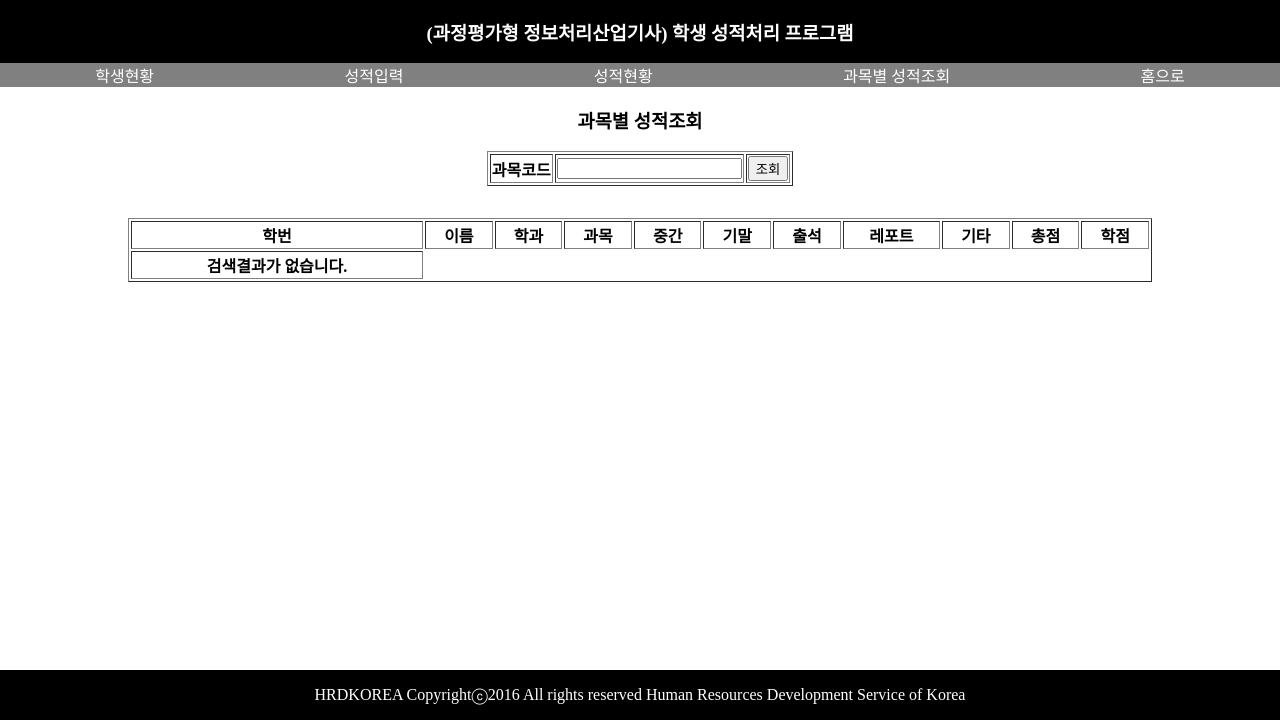
Repository: junjuny0227/jsp
Page: http://localhost/HRD_02/sub4.jsp
These files come from the project's save history. The page is drawn as it stood at one moment and after the next save; the edit follows.
The browser window is 1280 px wide. The pictures show the whole page.
The page is served by Tomcat 9. Other server files are loaded and not shown. Queries for data that is not in the repository find no rows.

Above is the page before, as saved 2025-05-09 10:32:38.

### HRD_02/src/main/webapp/sub4.jsp
<%@page import="java.text.DecimalFormat"%>
<%@page import="exam.SubjectDTO"%>
<%@page import="java.util.List"%>
<%@page import="exam.StudentDAO"%>
<%@ page language="java" contentType="text/html; charset=UTF-8"
	pageEncoding="UTF-8"%>
<%
request.setCharacterEncoding("utf-8");
String searchSubcode = request.getParameter("searchSubcode");

StudentDAO dao = new StudentDAO();
List<SubjectDTO> list = dao.selectSub4(searchSubcode);
%>

<!DOCTYPE html>
<html>
  <head>
    <meta charset="UTF-8" />
    <title>sub4</title>
    <script type="text/javascript" src="check.js"></script>
  </head>
  <body
    style="
      margin: 0;
      padding: 0;
      border: 0;
      font-size: 100%;
      font: inherit;
      vertical-align: baseline;
    "
  >
    <jsp:include page="header.jsp"></jsp:include>
    <jsp:include page="nav.jsp"></jsp:include>

    <section style="display: flex; flex-direction: column; align-items: center">
      <h3>과목별 성적조회</h3>
      <form
        action="sub4Action.jsp"
        method="post"
        name="sub4Form"
        style="margin-bottom: 32px"
      >
        <table border="1">
          <tr>
            <th>과목코드</th>
            <td>
              <input type="text" name="searchSubcode" />
            </td>
            <td>
              <input type="button" value="조회" onclick="fnSub4FormCheck()" />
            </td>
          </tr>
        </table>
      </form>
      <table border="1" style="width: 80%">
        <tr>
          <th>학번</th>
          <th>이름</th>
          <th>학과</th>
          <th>과목</th>
          <th>중간</th>
          <th>기말</th>
          <th>출석</th>
          <th>레포트</th>
          <th>기타</th>
          <th>총점</th>
          <th>학점</th>
        </tr>
        <% if (list.size() == 0) { %>
        <tr>
          <th colspan="1">검색결과가 없습니다.</th>
        </tr>
        <% } else { %> <% for (SubjectDTO dto : list) { %>
        <tr align="center">
          <td><%=dto.getStuid()%></td>
          <td><%=dto.getSname()%></td>
          <td><%=dto.getDeptname()%></td>
          <td><%=dto.getSubname()%></td>
          <td><%=dto.getMidscore()%></td>
          <td><%=dto.getFinalscore()%></td>
          <td><%=dto.getAttend()%></td>
          <td><%=dto.getReport()%></td>
          <td><%=dto.getEtc()%></td>

          <% double total = dto.getTotal(); DecimalFormat df = new
          DecimalFormat("0.0"); %>

          <td><%=df.format(total)%></td>
          <td><%=dto.getGrade()%></td>
        </tr>
        <% } %> <% } %>
      </table>
    </section>

    <jsp:include page="footer.jsp"></jsp:include>
  </body>
</html>

### HRD_02/src/main/webapp/header.jsp
<%@ page language="java" contentType="text/html; charset=UTF-8"
pageEncoding="UTF-8"%>
<!DOCTYPE html>
<html>
  <head>
    <meta charset="UTF-8" />
    <title>header</title>
  </head>
  <body>
    <header style="background-color: black; width: 100%">
      <h3 style="margin: 0; padding: 18px 0; text-align: center; color: white">
        (과정평가형 정보처리산업기사) 학생 성적처리 프로그램
      </h3>
    </header>
  </body>
</html>

### HRD_02/src/main/webapp/nav.jsp
<%@ page language="java" contentType="text/html; charset=UTF-8"
pageEncoding="UTF-8"%>
<!DOCTYPE html>
<html>
  <head>
    <meta charset="UTF-8" />
    <title>nav</title>
  </head>
  <body>
    <nav
      style="
        background-color: gray;
        display: flex;
        justify-content: space-around;
      "
    >
      <a href="sub1.jsp" style="text-decoration: none; color: white"
        >학생현황</a
      >
      <a href="sub2.jsp" style="text-decoration: none; color: white"
        >성적입력</a
      >
      <a href="sub3.jsp" style="text-decoration: none; color: white"
        >성적현황</a
      >
      <a href="sub4.jsp" style="text-decoration: none; color: white"
        >과목별 성적조회</a
      >
      <a href="index.jsp" style="text-decoration: none; color: white">홈으로</a>
    </nav>
  </body>
</html>

### HRD_02/src/main/webapp/footer.jsp
<%@ page language="java" contentType="text/html; charset=UTF-8"
pageEncoding="UTF-8"%>
<!DOCTYPE html>
<html>
  <head>
    <meta charset="UTF-8" />
    <title>footer</title>
  </head>
  <body>
    <footer
      style="
        background-color: black;
        position: fixed;
        left: 0;
        bottom: 0;
        width: 100%;
      "
    >
      <p style="text-align: center; color: white">
        HRDKOREA Copyrightⓒ2016 All rights reserved Human Resources Development
        Service of Korea
      </p>
    </footer>
  </body>
</html>

### HRD_02/src/main/java/exam/StudentDAO.java
package exam;

import java.sql.Connection;
import java.sql.DriverManager;
import java.sql.PreparedStatement;
import java.sql.ResultSet;
import java.util.ArrayList;
import java.util.List;

public class StudentDAO {
	// 멤버 변수 선언
	private Connection conn; // DB 연결
	private PreparedStatement ps; // SQL 전송
	private ResultSet rs; // select 결과

	// DB 접속
	public Connection getConn() {
		String url = "jdbc:oracle:thin:@127.0.0.1:1521:xe";
		String user = "system";
		String password = "1234";

		try {
			Class.forName("oracle.jdbc.OracleDriver");
			conn = DriverManager.getConnection(url, user, password);
			System.out.println("DB 접속 완료");
		} catch (Exception e) {
			e.printStackTrace();
			System.out.println("getConn() Exception");
		}

		return conn;
	} // getConn()

	// DB 접속 해제
	public void dbClose() {
		try {
			if (rs != null)
				rs.close();
			if (ps != null)
				ps.close();
			if (conn != null)
				conn.close();
			System.out.println("DB 접속 해제");
		} catch (Exception e) {
			e.printStackTrace();
			System.out.println("dbClose() Exception");
		}
	} // dbClose()

	// 전체 학생 목록조회
	public List<StudentDTO> selectSub1() {
		conn = getConn();
		String sql = "select * from tbl_student_202210 order by stuid asc";
		List<StudentDTO> list = new ArrayList<StudentDTO>();

		try {
			ps = conn.prepareStatement(sql);
			rs = ps.executeQuery();

			while (rs.next()) {
				StudentDTO dto = new StudentDTO();
				dto.setStuid(rs.getString(1));
				dto.setSname(rs.getString(2));
				dto.setDeptname(rs.getString(3));

				String jumin = rs.getString(4);
				jumin = jumin.substring(0, 6) + "-" + jumin.substring(6);
				dto.setJumin(jumin);

				String gender = jumin.substring(7, 8);
				if (gender.equals("3"))
					gender = "남자";
				if (gender.equals("4"))
					gender = "여자";
				dto.setGender(gender);

				dto.setPhone(rs.getString(5));
				dto.setEmail(rs.getString(6));

				list.add(dto);
			}
		} catch (Exception e) {
			e.printStackTrace();
			System.out.println("selectSub1() Exception");
		} finally {
			dbClose();
		}

		return list;
	} // selectSub1()

	// 성적현황 조회
	public List<ScoreDTO> selectSub3() {
		conn = getConn();
		String sql = "select student.stuid, student.sname, ";
		sql += "subject.subname, subject.subcode, subject.proname, ";
		sql += "score.midscore, score.finalscore, score.attend, score.report, score.etc ";
		sql += "from tbl_student_202210 student, tbl_subject_202210 subject, tbl_score_202210 score ";
		sql += "where student.stuid = score.stuid and score.subcode = subject.subcode ";
		sql += "order by student.sname asc";
		List<ScoreDTO> list = new ArrayList<ScoreDTO>();

		try {
			ps = conn.prepareStatement(sql);
			rs = ps.executeQuery();

			while (rs.next()) {
				ScoreDTO dto = new ScoreDTO();
				dto.setStuid(rs.getString(1));
				dto.setSname(rs.getString(2));
				dto.setSubname(rs.getString(3));
				dto.setSubcode(rs.getString(4));
				dto.setProname(rs.getString(5));

				int midScore = rs.getInt(6);
				int finalScore = rs.getInt(7);
				int attend = rs.getInt(8);
				int report = rs.getInt(9);
				int etc = rs.getInt(10);

				dto.setMidscore(midScore);
				dto.setFinalscore(finalScore);
				dto.setAttend(attend);
				dto.setReport(report);
				dto.setEtc(etc);

				int avg = (midScore + finalScore + attend + report + etc) / 5;
				dto.setAvg(avg);

				double total = midScore * 0.3 + finalScore * 0.3 + attend * 0.2 + report * 0.1 + etc * 0.1;
				dto.setTotal(total);

				String grade = "";
				if (total >= 95)
					grade = "A+";
				else if (total >= 90)
					grade = "A";
				else if (total >= 85)
					grade = "B+";
				else if (total >= 80)
					grade = "B";
				else if (total >= 75)
					grade = "C+";
				else if (total >= 70)
					grade = "C";
				else if (total >= 65)
					grade = "D+";
				else if (total >= 60)
					grade = "D";
				else
					grade = "F";
				dto.setGrade(grade);

				list.add(dto);
			}
		} catch (Exception e) {
			e.printStackTrace();
			System.out.println("selectSub3() Exception");
		} finally {
			dbClose();
		}

		return list;
	} // selectSub3()

	// 과목별 성적조회
	public List<SubjectDTO> selectSub4(String searchSubcode) {
		conn = getConn();
		String sql = "select student.stuid, student.sname, student.deptname, ";
		sql += "subject.subname, ";
		sql += "score.midscore, score.finalscore, score.attend, score.report, score.etc ";
		sql += "from tbl_student_202210 student, tbl_score_202210 score, tbl_subject_202210 subject ";
		sql += "where student.stuid = score.stuid and score.subcode = subject.subcode and subject.subcode = ? ";
		sql += "order by student.stuid asc";

		List<SubjectDTO> list = new ArrayList<SubjectDTO>();

		try {
			ps = conn.prepareStatement(sql);
			ps.setString(1, searchSubcode);
			rs = ps.executeQuery();

			while (rs.next()) {
				SubjectDTO dto = new SubjectDTO();
				dto.setStuid(rs.getString(1));
				dto.setSname(rs.getString(2));
				dto.setDeptname(rs.getString(3));
				dto.setSubname(rs.getString(4));

				int midScore = rs.getInt(5);
				int finalScore = rs.getInt(6);
				int attend = rs.getInt(7);
				int report = rs.getInt(8);
				int etc = rs.getInt(9);

				dto.setMidscore(midScore);
				dto.setFinalscore(finalScore);
				dto.setAttend(attend);
				dto.setReport(report);
				dto.setEtc(etc);

				double total = midScore * 0.3 + finalScore * 0.3 + attend * 0.2 + report * 0.1 + etc * 0.1;
				dto.setTotal(total);

				String grade = "";
				if (total >= 95)
					grade = "A+";
				else if (total >= 90)
					grade = "A";
				else if (total >= 85)
					grade = "B+";
				else if (total >= 80)
					grade = "B";
				else if (total >= 75)
					grade = "C+";
				else if (total >= 70)
					grade = "C";
				else if (total >= 65)
					grade = "D+";
				else if (total >= 60)
					grade = "D";
				else
					grade = "F";
				dto.setGrade(grade);

				list.add(dto);
			}

		} catch (Exception e) {
			e.printStackTrace();
			System.out.println("selectSub4() Exception");
		} finally {
			dbClose();
		}

		return list;
	} // selectSub4()

} // class

Loaded but not shown: HRD_02/src/main/webapp/check.js (no copy from this time; the picture is the same without it)

After the next save:
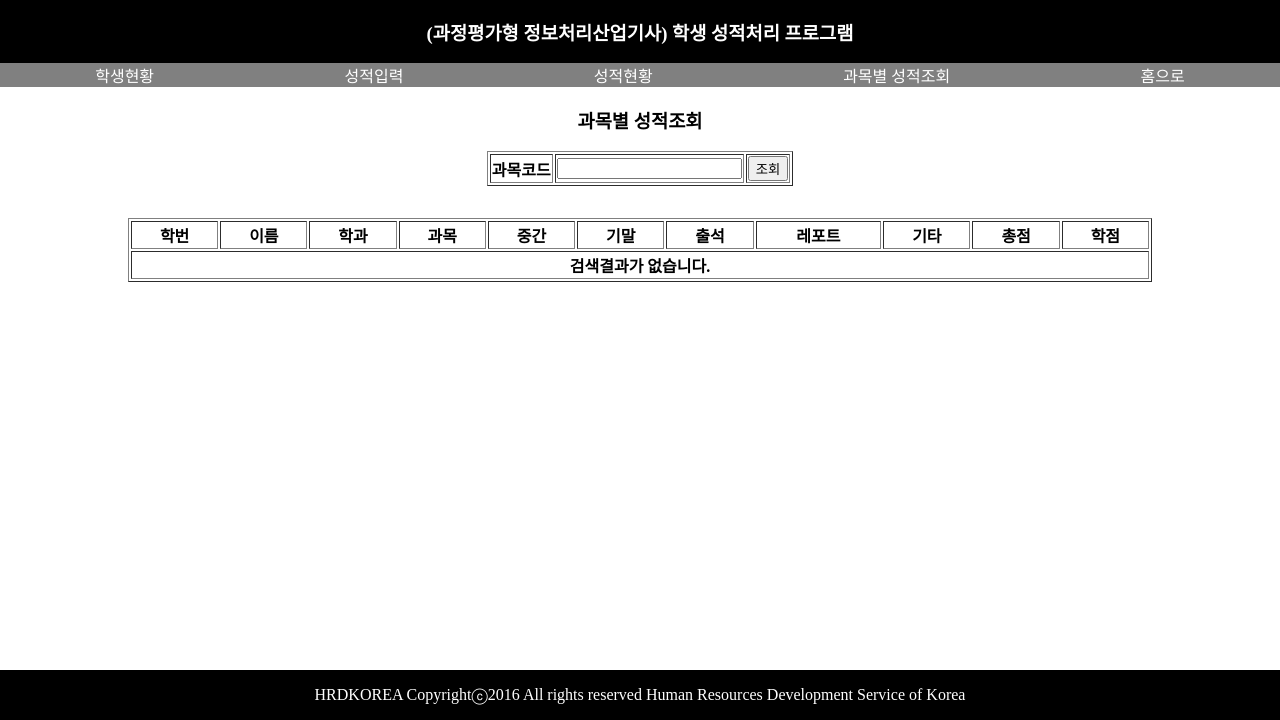
Saved 60 s later.
--- a/HRD_02/src/main/webapp/sub4.jsp
+++ b/HRD_02/src/main/webapp/sub4.jsp
@@ -68,7 +68,7 @@ List<SubjectDTO> list = dao.selectSub4(searchSubcode);
         </tr>
         <% if (list.size() == 0) { %>
         <tr>
-          <th colspan="1">검색결과가 없습니다.</th>
+          <th colspan="11">검색결과가 없습니다.</th>
         </tr>
         <% } else { %> <% for (SubjectDTO dto : list) { %>
         <tr align="center">
